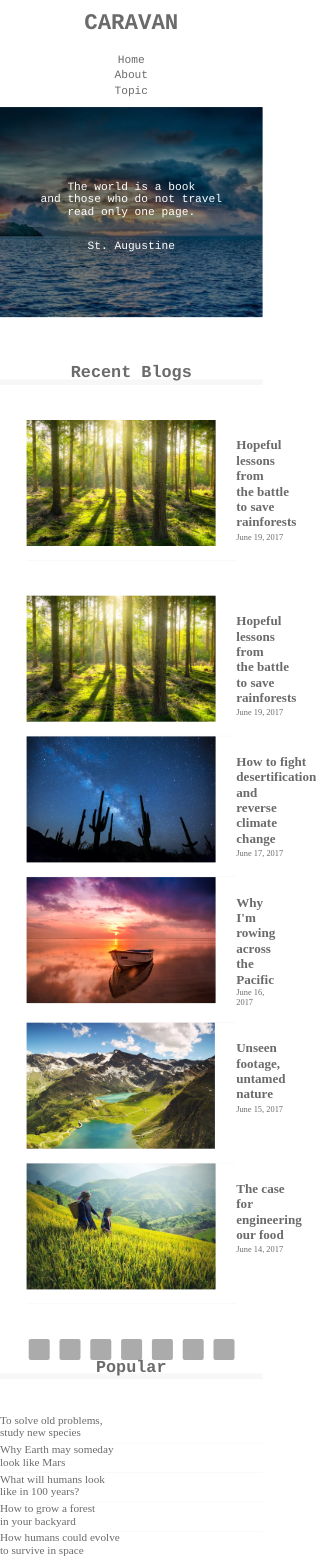
Repository: menyuu/test-html-CSS-practice
Page: caravan/index.html
The author's editor kept a record of every edit. The page is drawn from the files as they stood at one moment, then again after the next edit.
The browser window is 375 px wide. The page is 452 px wide, then 375 px, so the pictures cover 452 px, including what lies to the right of the window. The pictures show the part of the page from y = 0 to 2240 px (the page is 3110 px tall before and 3103 px after), at 70% of full size.

Above is the page before.

After the next edit:
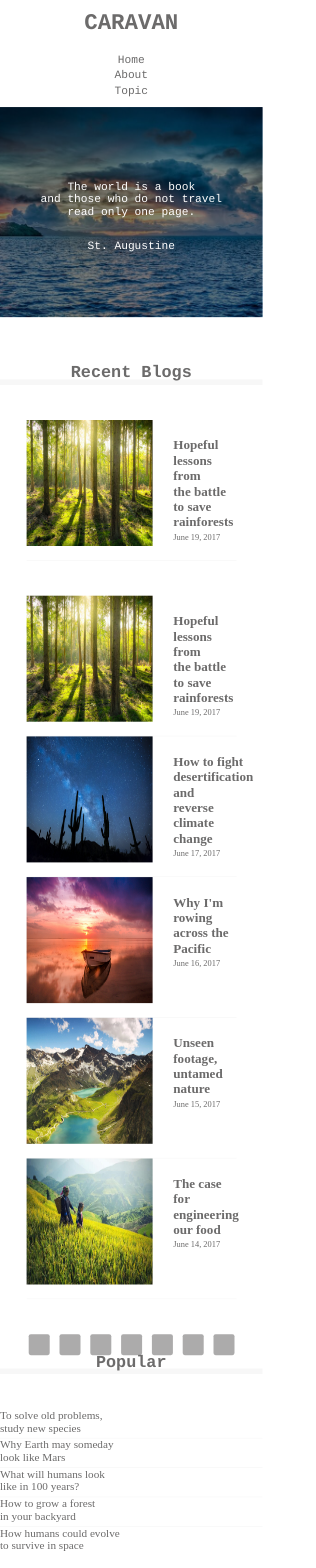
The edit:
--- a/caravan/style.css
+++ b/caravan/style.css
@@ -258,6 +258,10 @@
   margin: 0;
  }
 
+ .blog-image {
+  width: 60%;
+ }
+
  .blog-item {
   width: 80%;
   margin: 0 auto;
